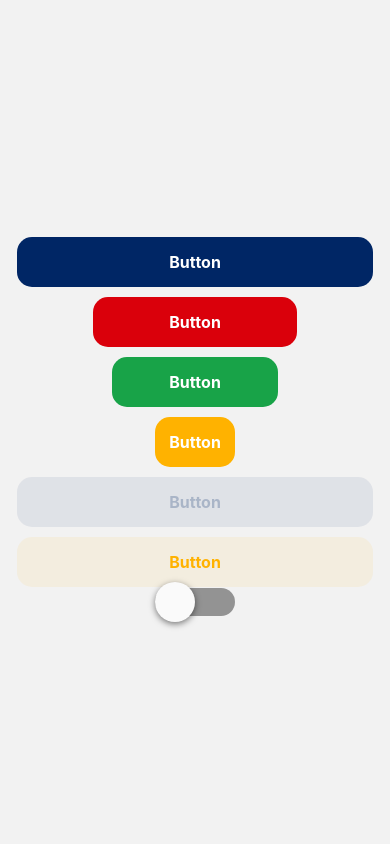
Repository: hungdomanh95/setuptheme
Screen: /
The author's editor kept a copy of each file at every save. The screen is drawn from the files as they stood at one save, then again after the next save.
The app was drawn by React Native's web renderer in a window 390 px wide. The project was rebuilt for these pictures with package versions that can differ from the ones it lists, and the page was loaded fresh each time. Also part of the build but not shown: src/components/Fade/index.js, src/components/Slide/index.js, src/components/RNCheckbox/index.js.

Above is the screen before, as saved 2022-05-17 14:04:01.

After the next save:
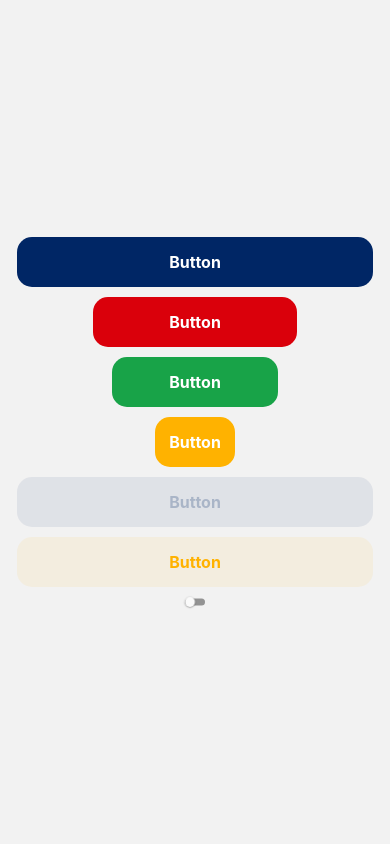
Saved 5 s later.
--- a/src/components/RNSwitch/index.js
+++ b/src/components/RNSwitch/index.js
@@ -17,6 +17,6 @@ const styles = StyleSheet.create({
     // minWidth:150,
     // height:25,
     // backgroundColor:'red',
-    transform:[{scale:2}]
+    transform:[{scale:0.5}]
   }
 });
